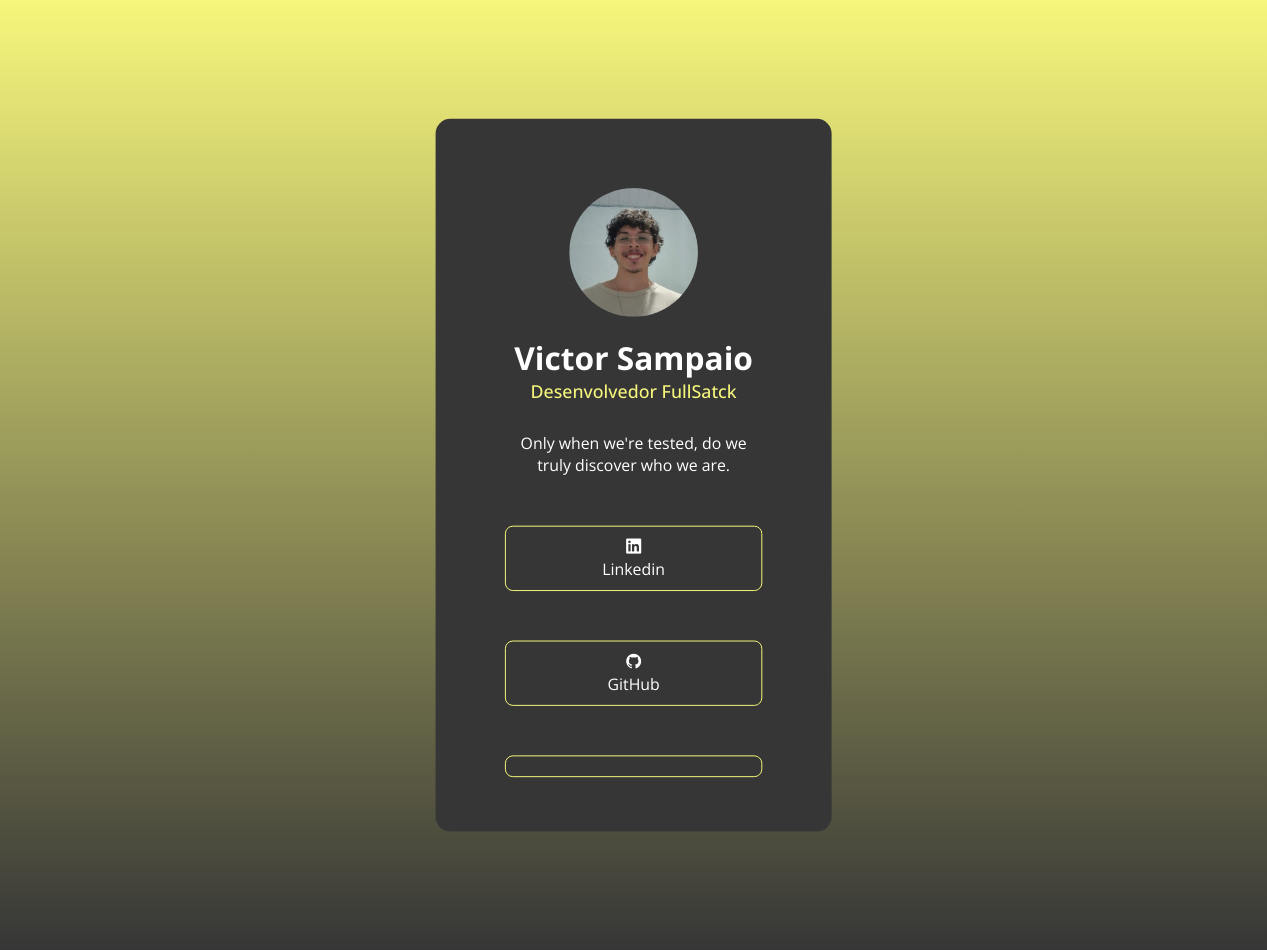
Repository: VictorSampaioDev/linkthree-gt9
Page: index.html
The author's editor kept a copy of each file at every save. The page is drawn from the files as they stood at one save, then again after a run of saves.
The browser window is 1280 px wide. The pictures show the whole page, at 99% of full size.

Above is the page before, as saved 2025-04-11 10:43:52.

### index.html
<!DOCTYPE html>
<html lang="pt-br">
<head>
    <meta charset="UTF-8">
    <meta name="viewport" content="width=device-width, initial-scale=1.0">
    <title>linkthree JV</title>
    <link rel="stylesheet" href="style.css">
    <link rel="preconnect" href="https://fonts.googleapis.com">
    <link rel="preconnect" href="https://fonts.gstatic.com" crossorigin>
    <link href="https://fonts.googleapis.com/css2?family=Open+Sans:ital,wght@0,300..800;1,300..800&display=swap" rel="stylesheet">
    <link rel="stylesheet" type='text/css' href="https://cdn.jsdelivr.net/gh/devicons/devicon@latest/devicon.min.css" />
    <link rel="stylesheet" href="https://cdnjs.cloudflare.com/ajax/libs/font-awesome/6.5.0/css/all.min.css">

</head>
<body>
    <div class="container-main">
<!-- imagem -->
        <div class="container-image">
            <img src="./assets/image-profile.jpeg" alt="Foto de Perfil">
        </div>
<!-- Titulos -->
      <div class="container-infos">
        <h1>Victor Sampaio</h1>
        <h2>Desenvolvedor FullSatck</h2>
      </div>
<!-- Paragrafo -->
      <div class="container-paragrafo">
        <p>
            Only when we're tested, do we truly discover who we are.
        </p>
      </div>
<!-- lista estilizada ("botões") -->
      <div class="container-social-links">
        <ul>
                <a href="https://www.linkedin.com/in/joao-victor-sampaio-30a556355/" target="_blank">
                    <li>
                        <!-- icone -->
                        <i class="devicon-linkedin-plain"></i>
                        <!-- paragrafo -->
                        <p>Linkedin</p>
                    </li>
                </a>

                <a href="https://github.com/VictorSampaioDev" target="_blank">
                   <li>
                    <i class="devicon-github-original"></i>
                    <p>GitHub</p>
                   </li>
                </a>

                <a href="https://www.instagram.com/jovetorr" target="_blank">
                   <li>

                   </li>
                </a>
        </ul>
    </div>
</body>
</html>

### style.css
* {
    font-family: "Open Sans", sans-serif;
    margin: 0;
    padding: 0;
    box-sizing: border-box;
}
body{
    background: linear-gradient(
        to bottom,
        rgb(246, 246, 124),
        rgb(54, 54, 54)
    );
}
.container-main{
    background-color: #363636;
    width: 400px;
    height: 720px;
    box-sizing: border-box;
    margin: 120px auto;
    padding: 70px;
    border-radius: 15px;
    text-align: center;
}
.container-image{

    & img{
       width: 130px;
       border-radius: 100%;
    }
}
.container-infos{
    margin-top: 15px;
    margin-bottom: 10px;
}
.container-infos h1{
    font-weight: 700;
    color: white;
}
.container-infos h2{
    font-weight: 500;
    font-size: 18px;
    color: rgb(246, 246, 124);
}
.container-paragrafo{
    margin-top: 30px;
    color: white;
}
.container-social-links ul {
    padding-bottom: 50%;
    margin-top: 50px;
    list-style-type: none;
}
.container-social-links li {
    margin-bottom: 5px;
    margin-top: 50px;
    border: 1px solid rgb(246, 246, 124);
    border-radius: 8px;
    padding: 10px;
    transition: background-color 0.3s;
  }
  .container-social-links li:hover{
    background-color: rgb(246, 246, 124)
  }

.container-social-links a {
    text-decoration: none;
    color: white;
    transition: color 0.3s;
}
.container-social-links a:hover {
    color: black;
  }

After the next 3 saves:
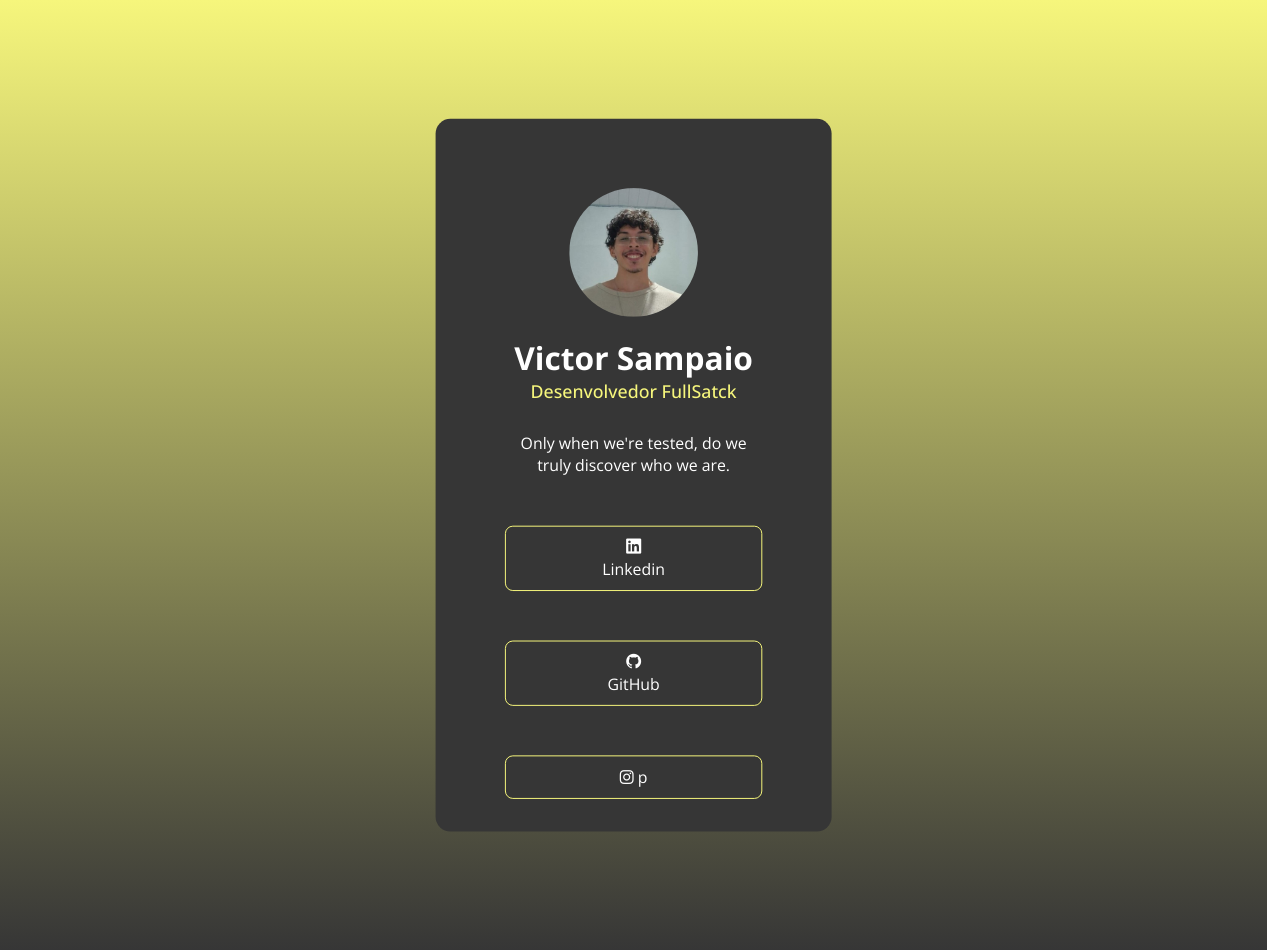
The 3 saves are shown as one change because they came seconds apart.
The last was saved 10 s later.
--- a/index.html
+++ b/index.html
@@ -50,7 +50,8 @@
 
                 <a href="https://www.instagram.com/jovetorr" target="_blank">
                    <li>
-
+                    <i class="fa-brands fa-instagram"></i>
+                    p
                    </li>
                 </a>
         </ul>
